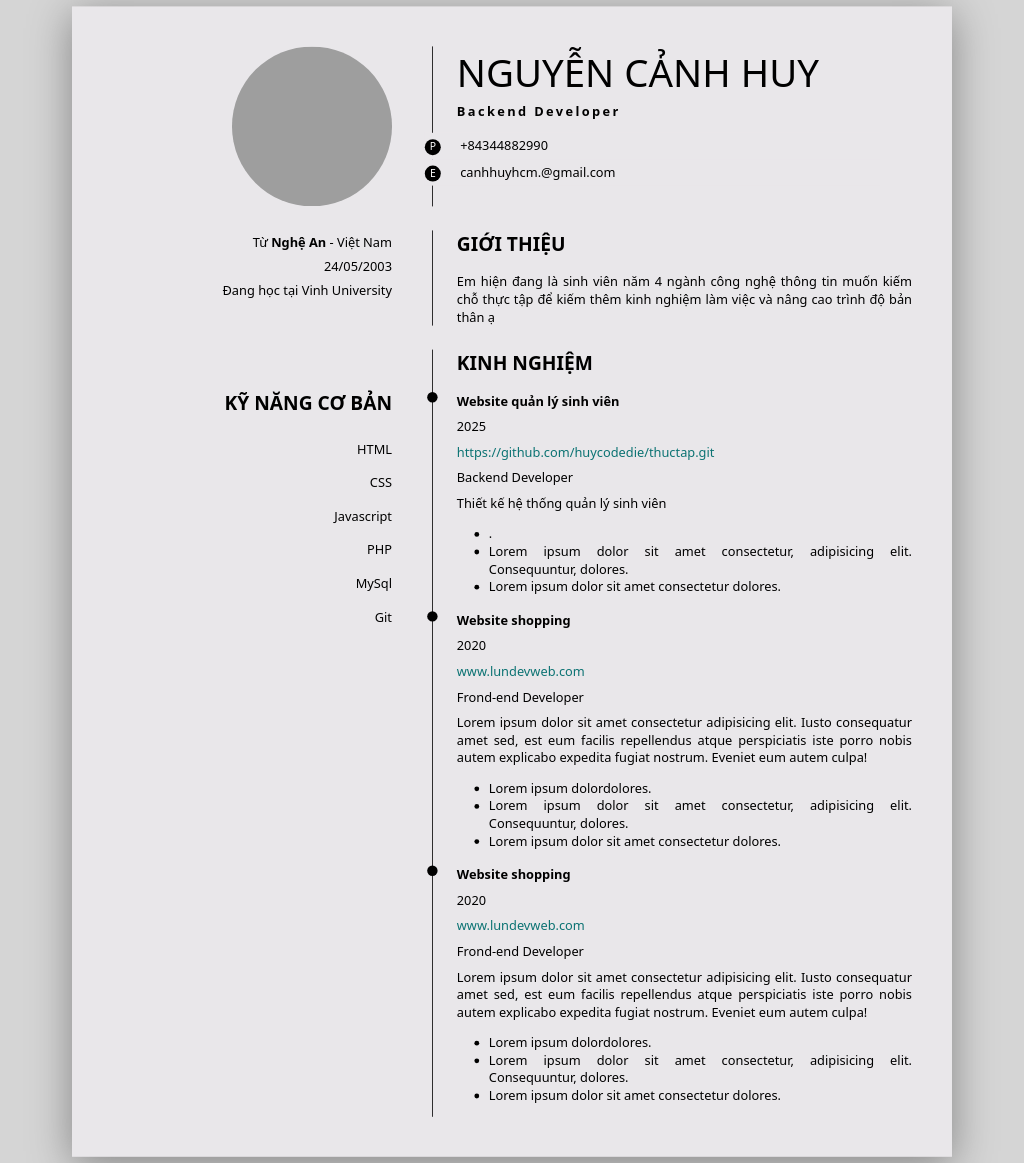
Repository: huycodedie/cv-intern
Page: index.html
The author's editor kept a copy of each file at every save. The page is drawn from the files as they stood at one save, then again after the next save.
The browser window is 1280 px wide. The pictures show the whole page, at 80% of full size.
Pictures or frames that could not be fetched are drawn as grey boxes.

Above is the page before, as saved 2025-07-05 23:37:33.

### index.html

    <!DOCTYPE html>
    <html lang="en">
    <head>
        <meta charset="UTF-8">
        <meta http-equiv="X-UA-Compatible" content="IE=edge">
        <meta name="viewport" content="width=device-width, initial-scale=1.0">
        <title>Document</title>
        <link rel="stylesheet" href="style.css">
        <link rel="stylesheet" href="https://cdnjs.cloudflare.com/ajax/libs/font-awesome/6.2.1/css/all.min.css">
    </head>
    <body>
        <div class="container">
           <div class="avatar">
            <img src="https://i.pinimg.com/564x/eb/57/6f/eb576ff023487bcb1fa3ad61ee7b23ee.jpg" alt="">
           </div>
           <div class="name">
                <h1>NGUYỄN CẢNH HUY</h1>
                <div class="specialize"> Backend Developer</div>
                <ul class="contact">
                    <li>
                        <span>P</span> +84344882990
                    </li>
                    <li>
                        <span>E</span> canhhuyhcm.@gmail.com
                    </li>
                </ul>
           </div>
           <div class="info">
                <ul>
                    <li>Từ <b>Nghệ An</b> - Việt Nam</li>
                    <li>24/05/2003</li>
                    <li>Đang học tại Vinh University</li>
                </ul>
           </div>
           <div class="intro">
            <h2>GIỚI THIỆU</h2>
            Em hiện đang là sinh viên năm 4 ngành công nghệ thông tin muốn kiếm chỗ thực tập để kiếm thêm kinh nghiệm làm việc và nâng cao trình độ bản thân ạ
           </div>
           <div class="experience">
                <h2 class="skills">
                    KỸ NĂNG CƠ BẢN
                </h2>
                <ul>
                    <li>HTML</li>
                    <li>CSS</li>
                    <li>Javascript</li>
                    <li>PHP</li>
                    <li>MySql</li>
                    <li>Git</li>
                </ul>

           </div>
           <div class="project">
            <h2>KINH NGHIỆM</h2>
            <div class="item">
                <h4>Website quản lý sinh viên</h4>
                <div class="time">
                    2025
                </div>
                <div class="web">
                    https://github.com/huycodedie/thuctap.git
                </div>
                <div class="location">
                     Backend Developer
                </div>
                <div class="des">
                    Thiết kế hệ thống quản lý sinh viên
                    <ul>
                        <li>.</li>
                        <li>Lorem ipsum dolor sit amet consectetur, adipisicing elit. Consequuntur, dolores.</li>
                        <li>Lorem ipsum dolor sit amet consectetur dolores.</li>
                    </ul>
                </div>
            </div>

            <div class="item">
                <h4>Website shopping</h4>
                <div class="time">
                    2020
                </div>
                <div class="web">
                    www.lundevweb.com
                </div>
                <div class="location">
                    Frond-end Developer
                </div>
                <div class="des">
                    Lorem ipsum dolor sit amet consectetur adipisicing elit. Iusto consequatur amet sed, est eum facilis repellendus
                    atque perspiciatis iste porro nobis autem explicabo expedita fugiat nostrum. Eveniet eum autem culpa!
                    <ul>
                        <li>Lorem ipsum dolordolores.</li>
                        <li>Lorem ipsum dolor sit amet consectetur, adipisicing elit. Consequuntur, dolores.</li>
                        <li>Lorem ipsum dolor sit amet consectetur dolores.</li>
                    </ul>
                </div>
            </div>

            <div class="item">
                <h4>Website shopping</h4>
                <div class="time">
                    2020
                </div>
                <div class="web">
                    www.lundevweb.com
                </div>
                <div class="location">
                    Frond-end Developer
                </div>
                <div class="des">
                    Lorem ipsum dolor sit amet consectetur adipisicing elit. Iusto consequatur amet sed, est eum facilis repellendus
                    atque perspiciatis iste porro nobis autem explicabo expedita fugiat nostrum. Eveniet eum autem culpa!
                    <ul>
                        <li>Lorem ipsum dolordolores.</li>
                        <li>Lorem ipsum dolor sit amet consectetur, adipisicing elit. Consequuntur, dolores.</li>
                        <li>Lorem ipsum dolor sit amet consectetur dolores.</li>
                    </ul>
                </div>
            </div>
           </div>
        </div>

    </body>
    </html>

### style.css

    body{
        background-color: #D5D5D5;
        font-family: system-ui;
    }
    .container{
        background-color: #E9E7EA;
        width:1000px;
        max-width: 100%;
        margin:auto;
        padding:50px;
        box-shadow: 0 10px 50px #858585;
        display: grid;
       grid-template-columns: 35% 60%;
       column-gap: 5%;
       row-gap: 30px;
    }

    .avatar img{
        width:200px;
        height:200px;
        object-fit: cover;
        border-radius: 50%;
    }
    .avatar{
        display: flex;
        justify-content: end;
        align-items: center;
    }
    .name{
        padding-left: 30px;
        border-left:1px solid #000;
    }
    .name h1{
        font-weight: 300;
        font-size: xxx-large;
        margin:0px 0 5px ;
    }
    .name .specialize{
        margin:0;
        font-weight: bold;
        letter-spacing: 3px;
    }
    .name .contact{
        padding:0;
        list-style: none;
    }
    .name .contact span{
        display: inline-block;
        background-color: #000;
        width:20px;
        height:20px;
        color:#fff;
        text-align: center;
        border-radius: 50%;
        font-size: small;
        margin-right: 20px;
    }
    .name .contact li{
        padding:5px 0;
        transform: translate(-40px);
        background-color: #E9E7EA;
    }
    .info ul{
        padding: 0;
        margin: 0;
        list-style: none;
        text-align: right;
        line-height: 30px;
    }

    h2{
        padding:0;
        margin: 0 0 20px 0;
    }
    .intro{
        padding-left: 30px;
        border-left: 1px solid #000;
        text-align: justify;
    }
    .experience{
        text-align: right;
    }
    .experience h4{
        margin:20px 0 10px;
    }
    .skills{
        margin-top:  50px;
    }
    .experience ul{
        padding:0;
        margin: 0;
    list-style: none;
    }
    .experience li{
        padding:10px 0;
    }
    .project{
        padding-left: 30px;
        text-align: justify;
        border-left: 1px solid #000;
    }
    .project h4{
        margin:20px 0 10px;
    }
    .project .web{
        color: #0c7373;
        padding:10px 0;
    }
    .project .location{
        font-weight: 500;
        padding-bottom:10px;
    }
    .project .item{
        position: relative;
    }
    .project .item::before{
        position: absolute;
        width:13px;
        height: 13px;
        background-color: #000;
        content: '';
        border-radius: 50%;
        left: -37px;
    }

After the next save:
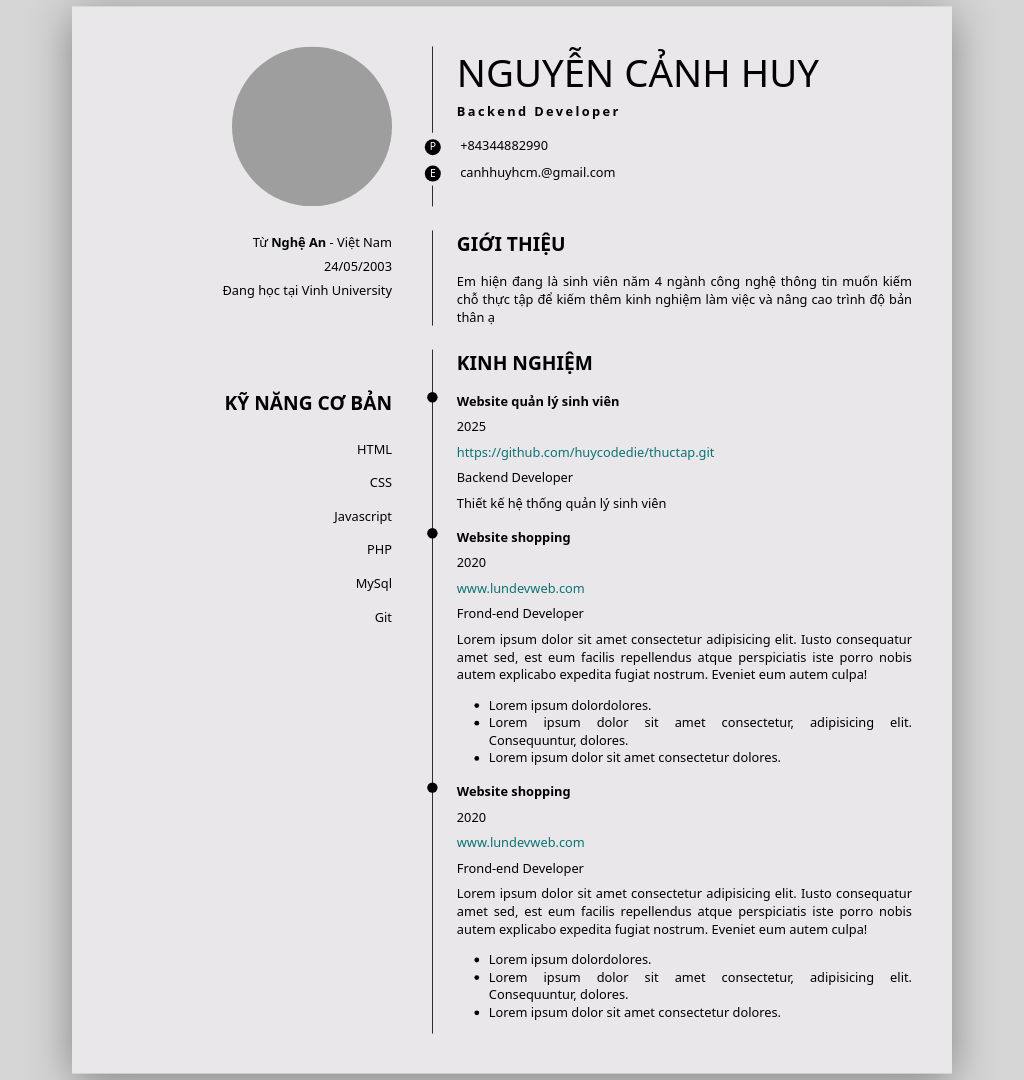
Saved 12 s later.
--- a/index.html
+++ b/index.html
@@ -66,11 +66,6 @@
                 </div>
                 <div class="des">
                     Thiết kế hệ thống quản lý sinh viên
-                    <ul>
-                        <li>.</li>
-                        <li>Lorem ipsum dolor sit amet consectetur, adipisicing elit. Consequuntur, dolores.</li>
-                        <li>Lorem ipsum dolor sit amet consectetur dolores.</li>
-                    </ul>
                 </div>
             </div>
 
